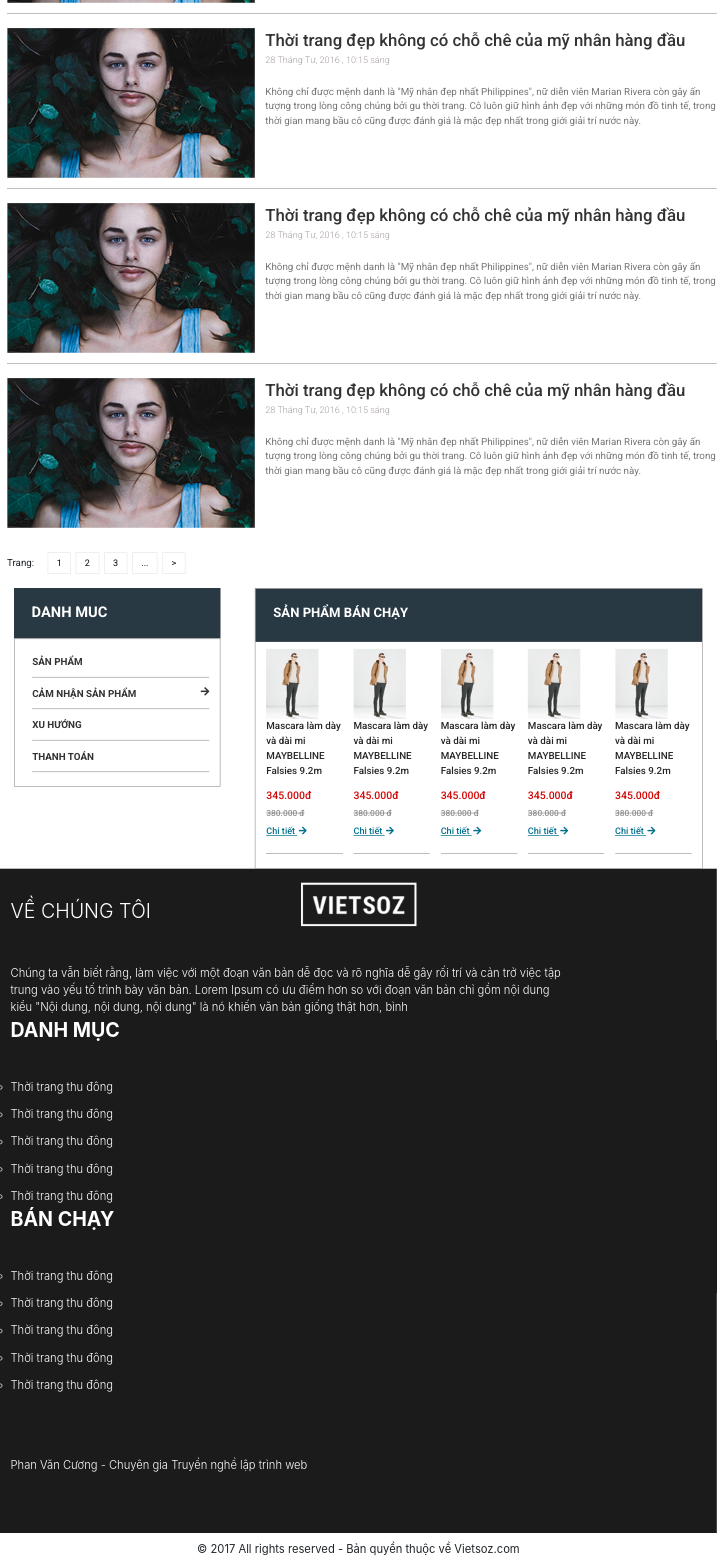
Repository: vinhtk0209/Vietsoz-reponsive
Page: index.html
These files come from the project's save history. The page is drawn as it stood at one moment and after the next save; the edit follows.
The browser window is 1024 px wide. The pictures show the part of the page from y = 1420 to 3660 px (the page is 3660 px tall before and 3610 px after), at 70% of full size.

Above is the page before, as saved 2021-10-24 16:55:08.

After the next save:
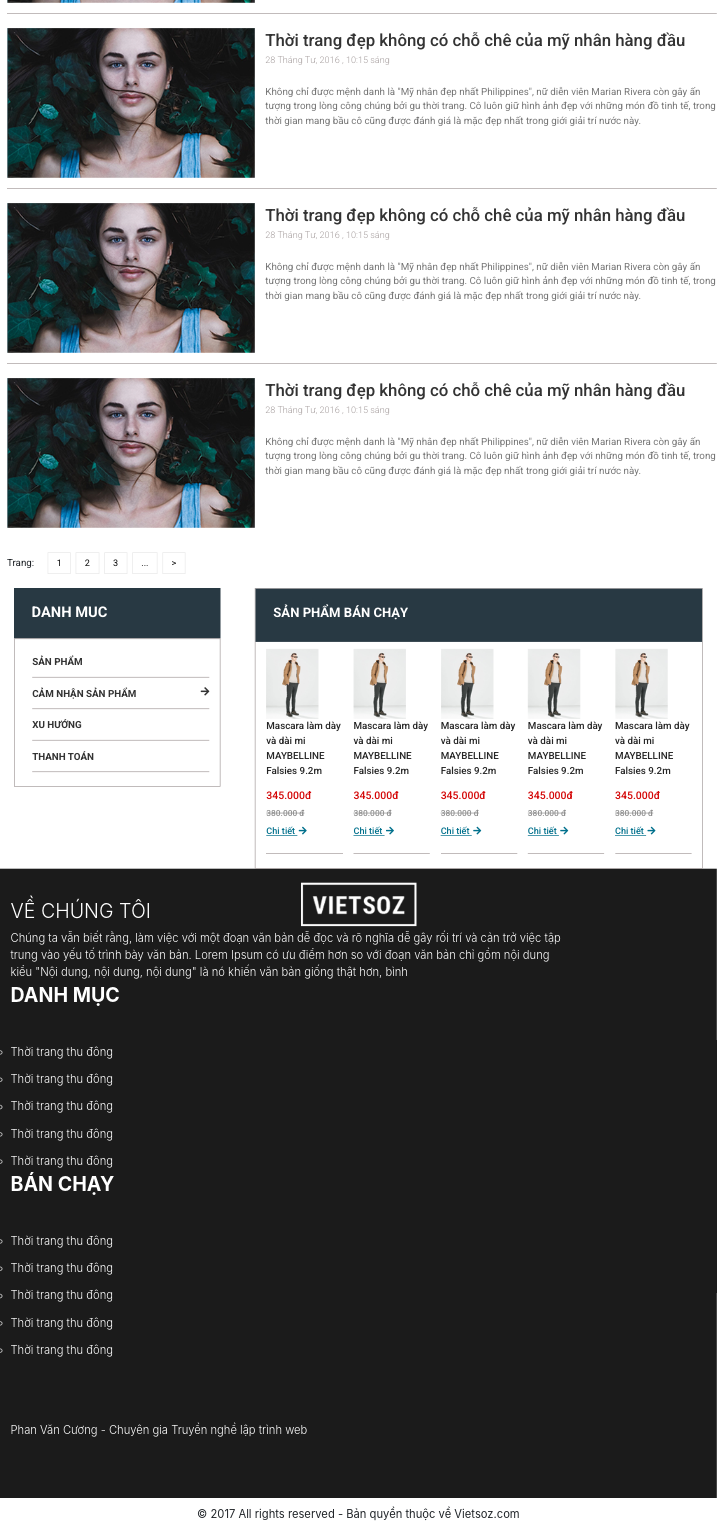
Saved 6 s later.
--- a/assets/css/reponsive.css
+++ b/assets/css/reponsive.css
@@ -50,7 +50,7 @@
         }
 
     .footer .footer-content .footer-info p {
-       padding-top: 55px;
+       padding-top: 5px;
        padding-right: 200px;
        position: relative;
     }
